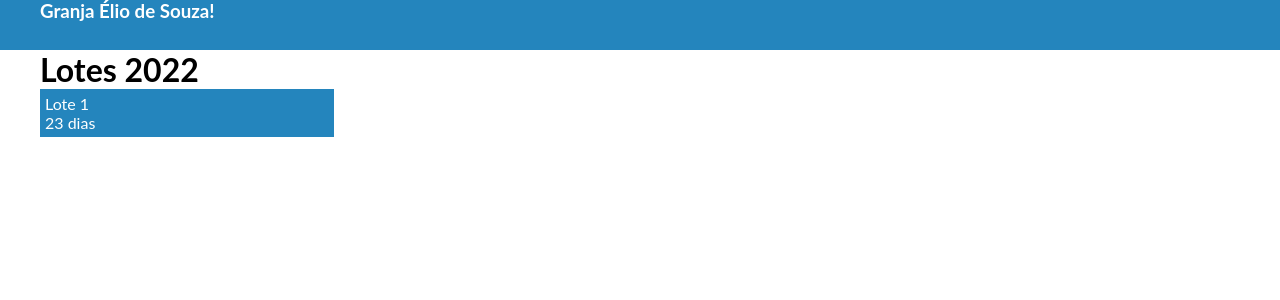
Repository: JoaoNahid/adminSystem
Page: /home (app in client/)
The author's editor kept a copy of each file at every save. The page is drawn from the files as they stood at one save, then again after the next save.
The browser window is 1280 px wide. The pictures show the whole page.
The project was rebuilt for these pictures with package versions that can differ from the ones it lists, and the page was loaded fresh each time. Also part of the build but not shown: client/src/App.css, client/src/routes/login.js, client/src/routes/cadastro.js, client/src/routes/404.js.

Above is the page before, as saved 2022-04-20 21:25:51.

### client/src/App.js
import logo from './logo.svg';
import React, { useState, useEffect } from "react"
import './App.css';
import './css/style.css';


// Router
import { BrowserRouter as Router, Route, Routes } from 'react-router-dom';
// Telas
import Login from './routes/login.js'
import Cadastro from './routes/cadastro.js'
import Home from './routes/home.js'
import Error from './routes/404.js'
import Header from './routes/header.js'

export default function App() {
  return (
    <Router>
      <div>
        <Header />
        <Routes>
          <Route exact path="/login" element={<Login />} />
          <Route exact path="/cadastro" element={<Cadastro />} />
          <Route exact path="/" element={<Home />} />
          <Route exact path="/home" element={<Home />} />
          <Route path="*" element={<Error />} />
        </Routes>
      </div>
    </Router>
  )
}

### client/src/css/style.css
body{
  margin: 0;
  padding: 0;
  font-family: 'Lato', sans-serif;
}
*{
  margin: 0;
  padding: 0;
  font-family: 'Lato', sans-serif;
}
:root{
  --cor1: #099c22;
  --cor2: #424242;
}

@import url('https://fonts.googleapis.com/css2?family=Lato:ital,wght@0,100;0,300;0,400;0,700;0,900;1,100;1,300;1,400;1,700;1,900&display=swap');


.container{
  width: calc(100% - 80px);
  padding: 0 15px;
  margin: 0 auto;
}
.nomePagina{
  padding: 8px 0;
  margin-bottom: 15px;
  background-color: #fff;
  display: flex;
  flex-direction: row;
  justify-content: space-between;
  align-items: center;
}

.tituloPagina{
  color: var(--cor2);
  font-size: 30px;
}
.mostrarEstatisticas{
  color: var(--cor2);
  font-size: 30px;
  cursor: pointer;
  transform: rotate(180deg);
}
.flexBox{
  display: flex;
}
.flexRow{
  flex-direction: row;
}
/* SIDEBAR */
.sidebar{
  position: fixed;
  top: 0;
  bottom: 0;
  height: auto;
  width: 70px;
  background-color: var(--cor2);
  box-shadow: 10px 0 0 var(--cor1);
  overflow: hidden;
  transition: 0.5s;
  z-index: 2;
}
.sidebar:hover{
  width: 300px;
}
.sidebar ul{
  position: absolute;
  top: 200px;
  left: 0;
  width: 100%;
  padding-left: 5px;
}
.sidebar ul li{
  position: relative;
  list-style: none;
  width: 100%;
  border-top-left-radius: 20px;
}
.sidebar ul li a{
  position: relative;
  display: flex;
  width: 100%;
  text-decoration: none;
  color: #fff;
}
.sidebar .iconeSidebar{
  position: relative;
  display: block;
  min-width: 60px;
  height: 60px;
  text-align: center;
  line-height: 70px;
}
.sidebar .iconeSidebar ion-icon{
  position: relative;
  font-size: 1.5rem;
  z-index: 1;
}
.sidebar .tituloSidebar{
  position: relative;
  display: block;
  padding-left: 10px;
  height: 60px;
  line-height: 60px;
  white-space: nowrap;
}
.sidebar .active{
  background: var(--cor1);
}
.perfilUsuario{
  position: relative;
  top: 30px;
  display: flex;
  flex-direction: column;
  justify-content: center;
  align-items: center;
}
.fotoUsuario{
  width: 50px;
  height: 50px;
  border-radius: 50%;
  background-size: cover !important;
  background-repeat: no-repeat !important;
  background-position: center !important;
  transition: 0.6s;
}
.sidebar:hover .fotoUsuario{
  width: 100px;
  height: 100px;
}
.sidebar:hover .nomeUsuario,
.sidebar:hover .funcaoUsuario{
  visibility: visible;
  opacity: 1;
  transition: visibility 0s, opacity 0s linear;
}
.nomeUsuario{
  color: #fff;
  font-size: 20px;
  margin-top: 6px;
  visibility: hidden;
  opacity: 0;
  transition: visibility 0s, opacity 0s linear;
}
.funcaoUsuario{
  color: #fff;
  font-size: 15px;
  visibility: hidden;
  opacity: 0;
  transition: visibility 0s, opacity 0s linear;
}
/* FIM SIDEBAR */

/* DASHBOARD */
.areaBlocosEstatisticas{
  display: grid;
  grid-template-columns: repeat(4, 1fr);
  justify-content: center;
  gap: 20px;
  flex-direction: row;
}
@media(max-width: 1064px){
  .areaBlocosEstatisticas{
    grid-template-columns: repeat(2, 1fr);
  }
}
@media(max-width: 651px){
  .areaBlocosEstatisticas{
    grid-template-columns: 1fr;
  }
}
.blocoEstatistica{
  width: auto;
  height: 150px;
  background: var(--cor2);
  color: #fff;
  border-bottom: 3px solid var(--cor1);
  border-top-left-radius: 20px;
  border-top-right-radius: 20px;
  display: flex;
  flex-direction: column;
  justify-content: space-between;
  align-items: center;
  padding: 8px 12px;
}
.tituloEstatistica{
  font-size: 25px;
  text-transform: capitalize;
}
.conteudoEstatistica{
  display: flex;
  flex-direction: row;
  align-items: center;
  justify-content: space-between;
  width: 100%;
  padding-bottom: 25px;
}
.iconeEstatistica{
  width: 85px;
  font-size: 50px;
  z-index: 0;
}
.dadosEstatistica{
  text-align: center;
  width: 100%;
  font-size: 60px;
  color: #fff;
}
.exibirMenu{
  margin-top: -1000px !important;
  transition: .3s;
}
.rotacionarBtn{
  transform: rotate(180deg);
  transition: .7s ease-in;
}
/* FIM DASHBOARD */

/* LOGIN */
#bgAreaLogin{
  background: rgb(9,156,34);
  background: linear-gradient(0deg, rgba(9,156,34,1) 0%, rgba(66,66,66,1) 100%);
  width: 100%;
  height: 100vh;
}
#areaLogin{
  position: absolute;
  top: 0;
  bottom: 0;
  right: 0;
  left: 0;
  margin: auto auto;
  width: 350px;
  height: 400px;
  box-shadow: rgba(0, 0, 0, 0.1) 0px 10px 15px -3px, rgba(0, 0, 0, 0.05) 0px 4px 6px -2px;
  background-color: #fff;
}
.formLogin{
  padding: 15px 45px ;
  display: flex;
  flex-direction: column;
  gap: 15px;
  align-items: center;
  justify-content: center;
  height: 100%;
}
#areaLogin input{
  /* border-top: 0 none;
  border-right: 0 none;
  border-left: 0 none;
  border-color: var(--cor1); */
  border: 0 none;
  background: #42424255;
  color: var(--cor2);
  border-radius: 20px;
  padding: 8px 12px;
  font-size: 15px;
  width: calc(100% - 24px);
}
#areaLogin input::placeholder{
  color: #fff;
}
#areaLogin input:focus{
  outline: none;
}
.btnLogar{
  width: 100% !important;
  background-color: var(--cor2) !important;
  transition: .3s;
  color: #fff !important;
}
.btnLogar:hover{
  background-color: var(--cor1) !important;
  color: #fff !important;
  cursor: pointer;
}
.esqueciASenha{
  font-size: 13px;
  color: var(--cor2);
  text-decoration: none;
}
.esqueciASenha:hover{
  color: inherit;
}

/* FIM LOGIN */

/* Edição Site */
#areaTotalEdicaoSite{
  width: 100%;
}
.menuPaginas{
  display: flex;
  justify-content: center;
  flex-direction: row;
  margin-left: 230px;
  gap: 1px;
  background: var(--cor1);
}
.paginaEdicao{
  padding: 10px 10px;
  background-color: var(--cor2);
  color: #fff;
  width: 100%;
  text-align: center;
}
.paginaEdicao:hover{
  background: var(--cor1);
  cursor: pointer;
}
.menuSectionsPagina{
  width: 230px;
  display: flex;
  flex-direction: column;
  justify-content: center;
  background: var(--cor1);
}
.sectionEdicao{
  background: var(--cor2);
  color: #fff;
  width: calc(100% - 25px);
  text-align: left;
  padding: 16px 12px;
  text-decoration: none;
}
.sectionEdicao:hover{
  background: var(--cor1);
  cursor: pointer;
}
.boxFormEdicao{
  padding: 20px;
  width: calc(100% - 267px);
  border: solid 1px var(--cor2);
  border-left: solid 1px var(--cor1);
}
.tituloCampo{
  font-size: 18px;
  color: var(--cor2);
  margin-bottom: 10px;
}
.menuAtivo{
  background-color: var(--cor1);
}
/* Fim Edição Site */


/* INPUTS */
input:focus{
  outline: 0;
}
.formEdicao input{
  border-top: 0 none;
  border-right: 0 none;
  border-left: 0 none;
  border-bottom: 2px solid var(--cor2);
  padding: 0 5px 2px;
  font-size: 15px;
  transition: 0.3s;
  width: 100%;
}
.formEdicao input:focus{
  border-color: var(--cor1);
}
/* FIM INPUTS */

#headerArea{
  height: 50px;
  width: 100%;
  background-color: rgb(36, 133, 189);
  color: #fff;
}

/* PAGINA DE ERRO */
#errorPage{
  width: 100%;
  text-align: center;
  padding-top: 50px;
}

.inputsConversao{
  border-top: 0 none;
}
#gridLotes{
  display: grid;
  grid-template-columns: repeat(4, 1fr);
  gap: 8px;
}
.boxLote{
  padding: 5px;
  text-align: left;
  background-color: rgb(36, 133, 189);
  color: #fff;
}

### client/src/routes/home.js
import React, { Component, useState, useEffect } from "react"
import Axios from "axios"

export default function Home(){

    const [users, setUsers] = useState([])
    console.log(users)
     /* useEffect((e) => {
       e.preventDefault()
        Axios.get('http://localhost:3001/login').then((response) => {
            console.log(response)
            setUsers(response.data)
        })
    }) */




    return(
        <div>
            <div className="container">
                <h1>Lotes 2022</h1>
                <div id="gridLotes">
                    <div className="boxLote loteAberto">
                        <p className="nomeLote">Lote 1</p>
                        <p className="diasLote">23 dias</p>
                    </div>

                </div>

            </div>
        </div>
    )
}

### client/src/routes/header.js
import React, { Component } from "react"

export default function Header() {

    return(
        <div id="headerArea">
            <div className="container">
                <h3>Granja Élio de Souza!</h3>
            </div>
        </div>
    )
}

Loaded but not shown: client/public/index.html (common file); client/src/index.js (common file); client/src/index.css (common file); client/src/reportWebVitals.js (common file)

After the next save:
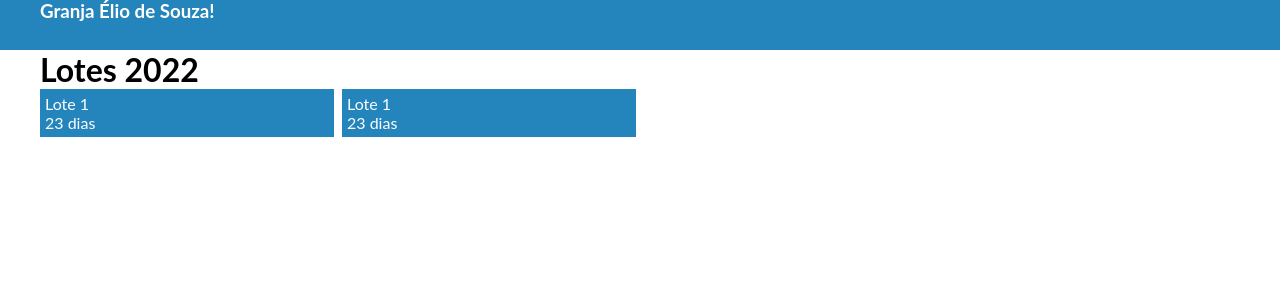
Saved 8 s later.
--- a/client/src/routes/home.js
+++ b/client/src/routes/home.js
@@ -26,6 +26,11 @@ export default function Home(){
                         <p className="diasLote">23 dias</p>
                     </div>
 
+                    <div className="boxLote loteAberto">
+                        <p className="nomeLote">Lote 1</p>
+                        <p className="diasLote">23 dias</p>
+                    </div>
+
                 </div>
 
             </div>
